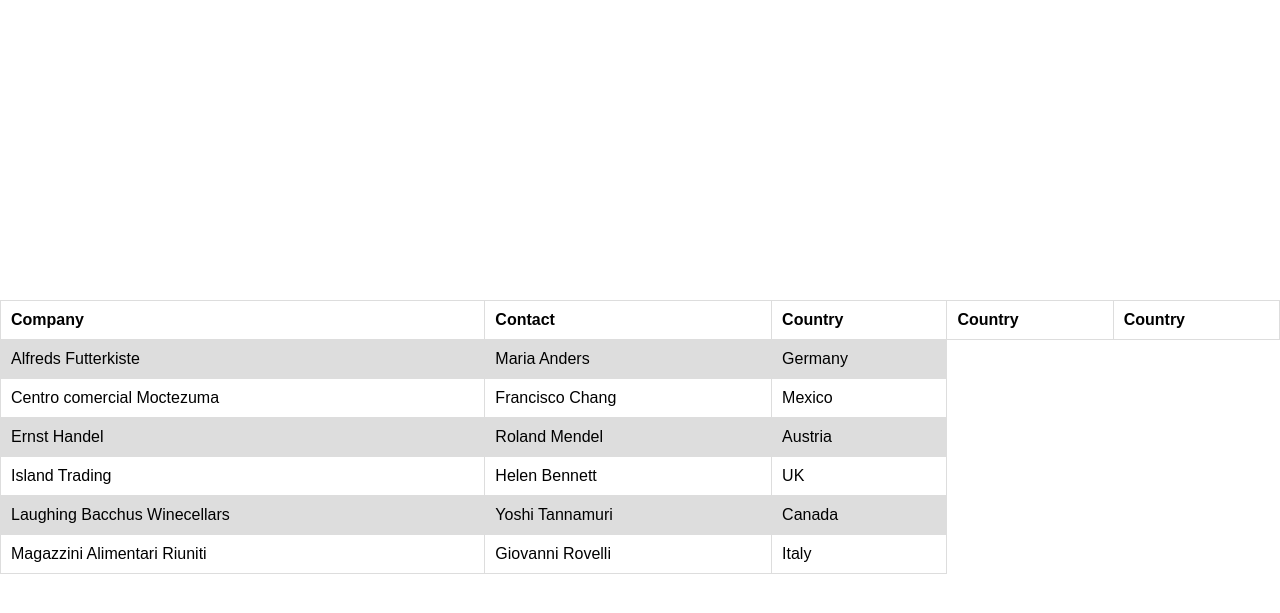
Repository: Seryozha02/ApiRequests
Page: index.html
The author's editor kept a copy of each file at every save. The page is drawn from the files as they stood at one save, then again after the next save.
The browser window is 1280 px wide. The pictures show the whole page.

Above is the page before, as saved 2022-09-22 21:17:02.

### index.html
<!DOCTYPE html>
<html lang="en">
<head>
    <meta charset="UTF-8">
    <meta http-equiv="X-UA-Compatible" content="IE=edge">
    <meta name="viewport" content="width=device-width, initial-scale=1.0">
    <title>Request's</title>
    <link rel="stylesheet" href="style.css">
</head>
<body>
    <table class="requests">
        <tr>
          <th>Company</th>
          <th>Contact</th>
          <th>Country</th>
          <th>Country</th>
          <th>Country</th>
        </tr>
        <tr>
          <td>Alfreds Futterkiste</td>
          <td>Maria Anders</td>
          <td>Germany</td>
        </tr>
        <tr>
          <td>Centro comercial Moctezuma</td>
          <td>Francisco Chang</td>
          <td>Mexico</td>
        </tr>
        <tr>
          <td>Ernst Handel</td>
          <td>Roland Mendel</td>
          <td>Austria</td>
        </tr>
        <tr>
          <td>Island Trading</td>
          <td>Helen Bennett</td>
          <td>UK</td>
        </tr>
        <tr>
          <td>Laughing Bacchus Winecellars</td>
          <td>Yoshi Tannamuri</td>
          <td>Canada</td>
        </tr>
        <tr>
          <td>Magazzini Alimentari Riuniti</td>
          <td>Giovanni Rovelli</td>
          <td>Italy</td>
        </tr>
      </table>
</body>
<script src="script.js"></script>
</html>

### style.css
* {
        margin: 0;
        padding: 0;
        box-sizing: border-box;
}

.requests {
    font-family: arial, sans-serif;
    border-collapse: collapse;
    width: 100%;
    margin-top: 300px;
  }

  td, th {
    border: 1px solid #dddddd;
    text-align: left;
    padding: 10px;

  }

  tr:nth-child(even) {
    background-color: #dddddd;
  }

Loaded but not shown: script.js (no copy from this time; the picture is the same without it)

After the next save:
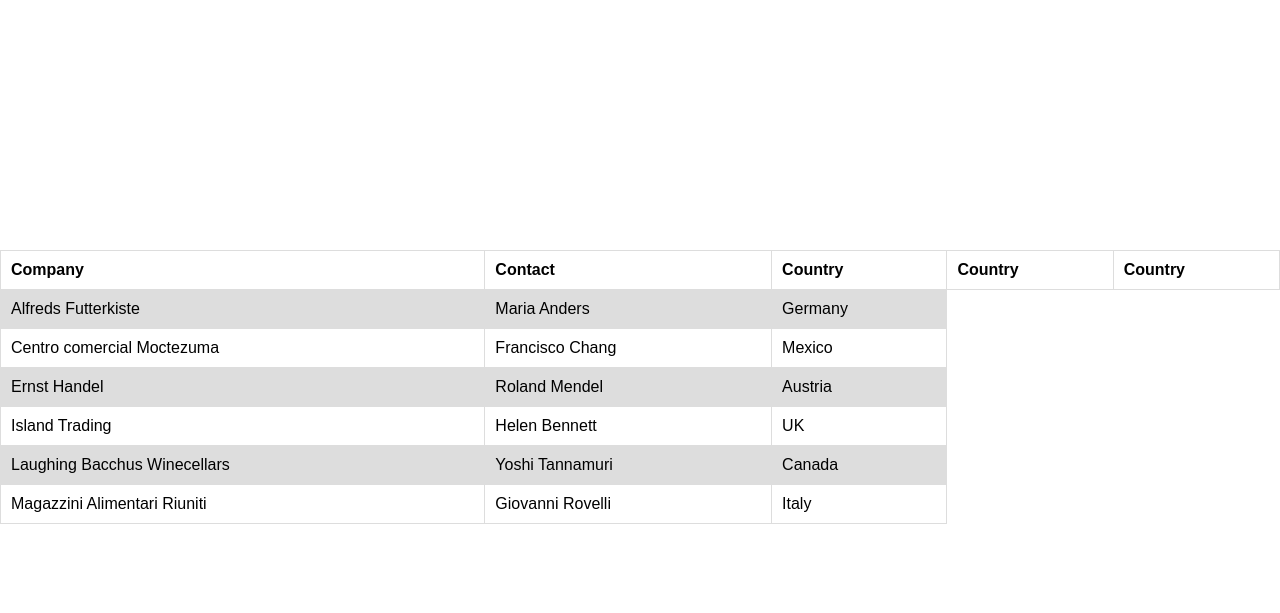
Saved 4 s later.
--- a/style.css
+++ b/style.css
@@ -8,7 +8,7 @@
     font-family: arial, sans-serif;
     border-collapse: collapse;
     width: 100%;
-    margin-top: 300px;
+    margin-top: 250px;
   }
 
   td, th {
